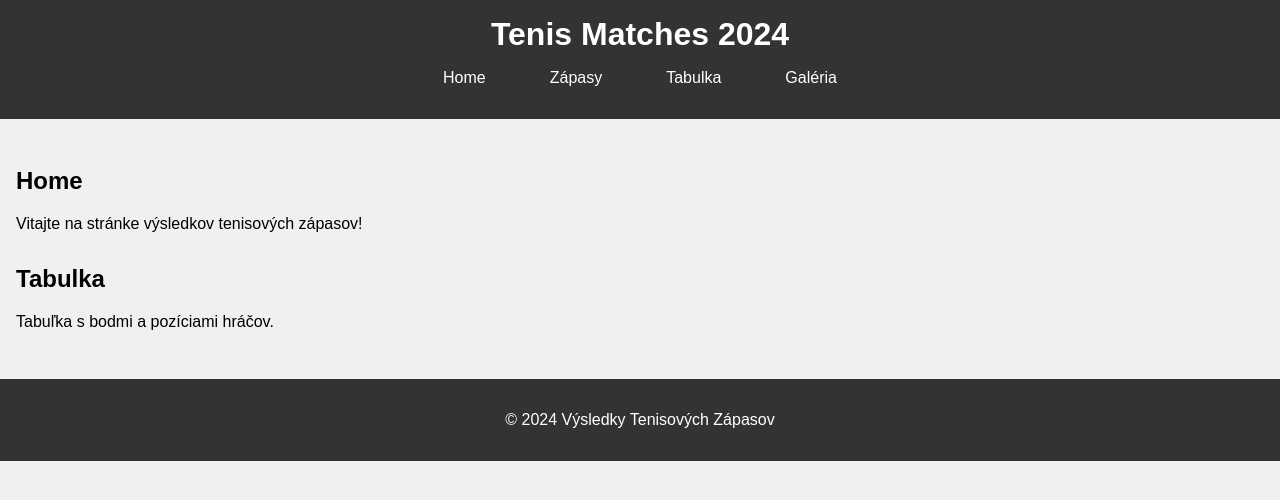
Repository: Badynko/tenis
Page: table.html
These files come from the project's save history. The page is drawn as it stood at one moment and after the next save; the edit follows.
The browser window is 1280 px wide. The pictures show the whole page.

Above is the page before, as saved 2024-07-05 09:20:56.

### table.html
<!DOCTYPE html>
<html lang="sk">
  <head>
    <meta charset="UTF-8" />
    <meta name="viewport" content="width=device-width, initial-scale=1.0" />
    <title>Tenis Matches 2024</title>
    <link rel="stylesheet" href="css/style.css" />
  </head>
  <body>
    <header>
      <h1>Tenis Matches 2024</h1>
      <nav>
        <ul class="menu">
          <li><a href="index.html">Home</a></li>
          <li><a href="matches.html">Zápasy</a></li>
          <li><a href="table.html">Tabulka</a></li>
          <li><a href="gallery.html">Galéria</a></li>
        </ul>
      </nav>
    </header>
    <main>
      <section id="home">
        <h2>Home</h2>
        <p>Vitajte na stránke výsledkov tenisových zápasov!</p>
      </section>

      <section id="tabulka">
        <h2>Tabulka</h2>
        <p>Tabuľka s bodmi a pozíciami hráčov.</p>
      </section>
    </main>
    <footer>
      <p>&copy; 2024 Výsledky Tenisových Zápasov</p>
    </footer>
    <script src="js/script.js"></script>
  </body>
</html>

### css/style.css
body {
  font-family: Arial, sans-serif;
  margin: 0;
  padding: 0;
  background-color: #f0f0f0;
}

header {
  background-color: #333;
  color: #fff;
  text-align: center;
  padding: 1rem 0;
}

h1 {
  margin: 0;
}

nav {
  margin: 1rem 0;
}

.menu {
  list-style-type: none;
  padding: 0;
  display: flex;
  justify-content: center;
}

.menu li {
  margin: 0 1rem;
}

.menu a {
  color: #fff;
  text-decoration: none;
  padding: 0.5rem 1rem;
  border-radius: 5px;
  transition: background-color 0.3s;
}

.menu a:hover {
  background-color: #575757;
}

main {
  padding: 1rem;
}

section {
  margin: 2rem 0;
}

.match {
  background-color: #fff;
  margin: 1rem 0;
  padding: 1rem;
  border-radius: 5px;
  box-shadow: 0 0 10px rgba(0, 0, 0, 0.1);
  display: flex;
  justify-content: space-between;
  align-items: center;
  flex-wrap: wrap;
}

.player {
  font-size: 1.2rem;
  flex: 1 1 100%;
  text-align: center;
  margin: 0.5rem 0;
}

.score {
  font-size: 1.5rem;
  flex: 1 1 100%;
  text-align: center;
  font-weight: bold;
  color: #333;
  margin: 0.5rem 0;
}

footer {
  background-color: #333;
  color: #fff;
  text-align: center;
  padding: 1rem 0;
}

@media (min-width: 600px) {
  .match {
    flex-wrap: nowrap;
  }

  .player,
  .score {
    flex: 1;
    text-align: left;
  }

  .score {
    text-align: center;
  }
}

### js/script.js
document.addEventListener("DOMContentLoaded", () => {
  // JavaScript môže byť použitý na dynamické načítanie výsledkov
  // Alebo na pridanie interaktívnych prvkov
});

After the next save:
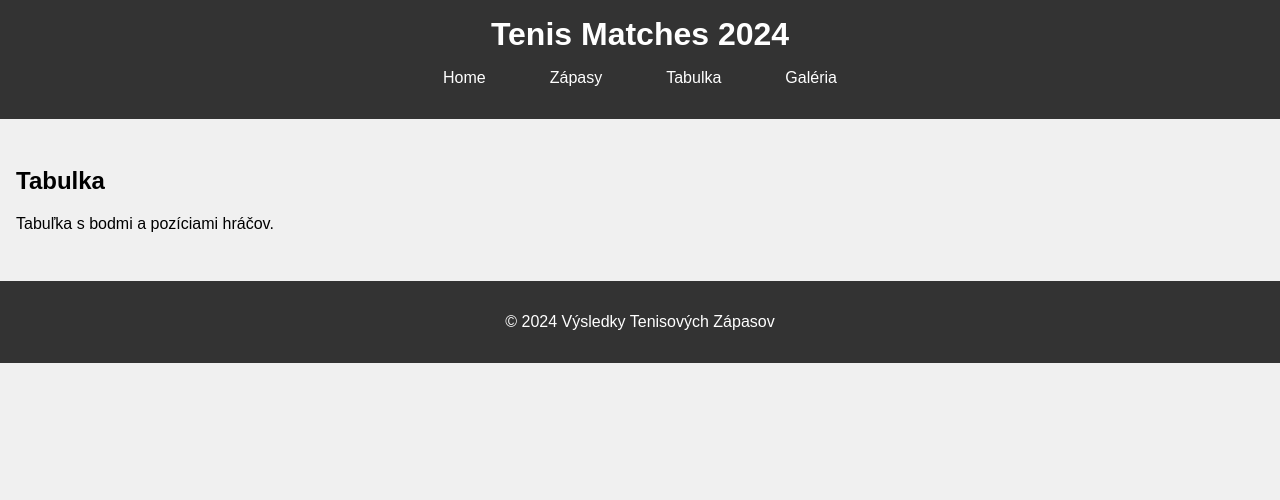
Saved 17 s later.
--- a/table.html
+++ b/table.html
@@ -19,11 +19,6 @@
       </nav>
     </header>
     <main>
-      <section id="home">
-        <h2>Home</h2>
-        <p>Vitajte na stránke výsledkov tenisových zápasov!</p>
-      </section>
-
       <section id="tabulka">
         <h2>Tabulka</h2>
         <p>Tabuľka s bodmi a pozíciami hráčov.</p>
